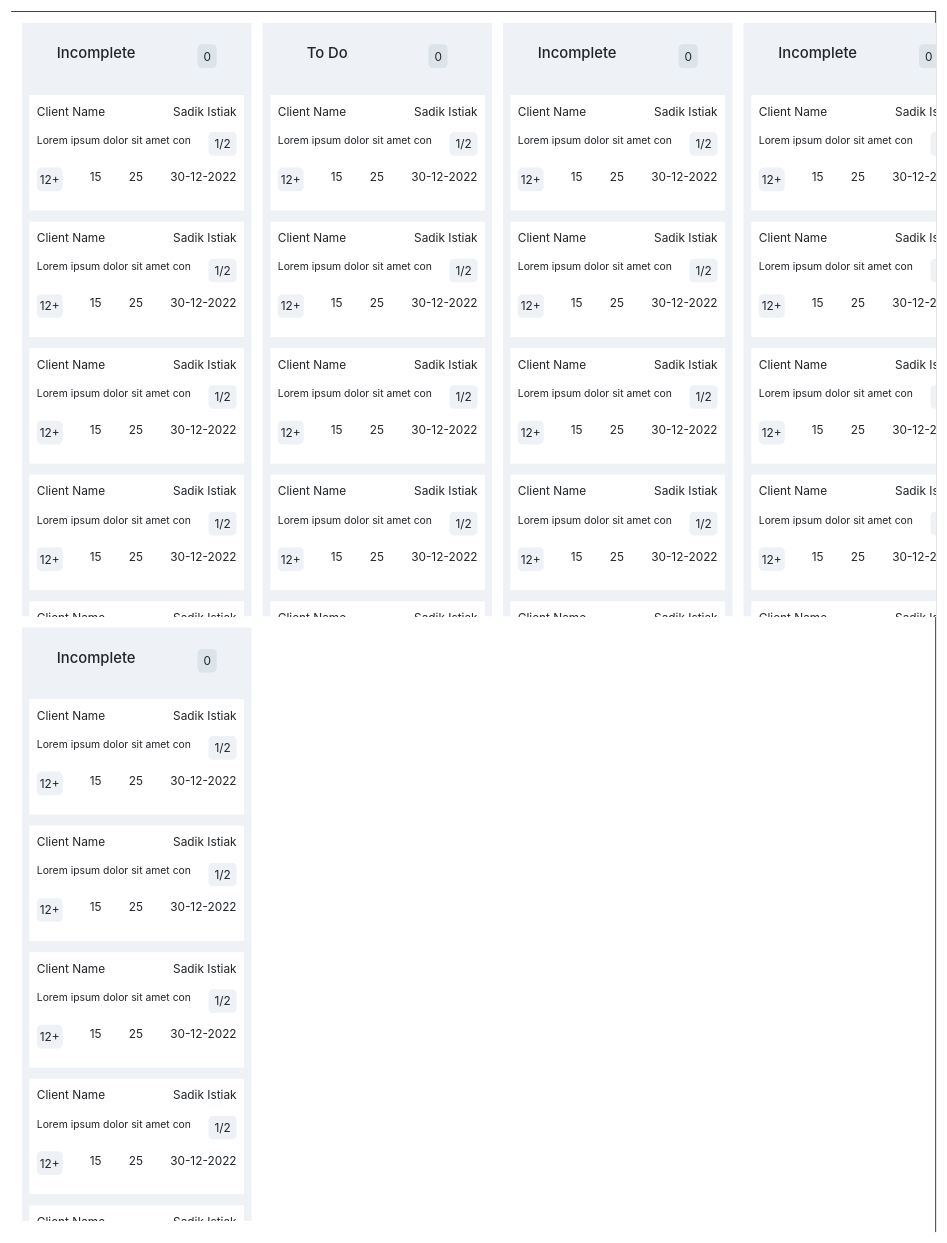
Repository: Sharif-00112/dashboard-task-frontend
Page: /
The author's editor kept a copy of each file at every save. The page is drawn from the files as they stood at one save, then again after the next save.
The browser window is 1280 px wide. The pictures show the whole page, at 74% of full size.
The project was rebuilt for these pictures with package versions that can differ from the ones it lists, and the page was loaded fresh each time.

Above is the page before, as saved 2023-01-29 20:29:29.

### public/index.html
<!DOCTYPE html>
<html lang="en">
  <head>
    <meta charset="utf-8" />
    <link rel="icon" href="%PUBLIC_URL%/favicon.ico" />
    <meta name="viewport" content="width=device-width, initial-scale=1" />
    <meta name="theme-color" content="#000000" />
    <meta
      name="description"
      content="Web site created using create-react-app"
    />
    <!-- <script src="https://kit.fontawesome.com/eb9242a349.js" crossorigin="anonymous"></script>
    <link rel="stylesheet" href="https://kit.fontawesome.com/eb9242a349.css" crossorigin="anonymous"> -->

    <link rel="apple-touch-icon" href="%PUBLIC_URL%/logo192.png" />
    <!--
      manifest.json provides metadata used when your web app is installed on a
      user's mobile device or desktop. See https://developers.google.com/web/fundamentals/web-app-manifest/
    -->
    <link rel="manifest" href="%PUBLIC_URL%/manifest.json" />
    <!--
      Notice the use of %PUBLIC_URL% in the tags above.
      It will be replaced with the URL of the `public` folder during the build.
      Only files inside the `public` folder can be referenced from the HTML.

      Unlike "/favicon.ico" or "favicon.ico", "%PUBLIC_URL%/favicon.ico" will
      work correctly both with client-side routing and a non-root public URL.
      Learn how to configure a non-root public URL by running `npm run build`.
    -->
    <title>React App</title>
  </head>
  <body>
    <noscript>You need to enable JavaScript to run this app.</noscript>
    <div id="root"></div>
    <!--
      This HTML file is a template.
      If you open it directly in the browser, you will see an empty page.

      You can add webfonts, meta tags, or analytics to this file.
      The build step will place the bundled scripts into the <body> tag.

      To begin the development, run `npm start` or `yarn start`.
      To create a production bundle, use `npm run build` or `yarn build`.
    -->
  </body>
</html>

### src/index.js
import React from 'react';
import 'bootstrap/dist/css/bootstrap.css';
import ReactDOM from 'react-dom/client';
import './index.css';
import App from './App';
import reportWebVitals from './reportWebVitals';

const root = ReactDOM.createRoot(document.getElementById('root'));
root.render(
  <React.StrictMode>
    <App />
  </React.StrictMode>
);

// If you want to start measuring performance in your app, pass a function
// to log results (for example: reportWebVitals(console.log))
// or send to an analytics endpoint. Learn more: https://bit.ly/CRA-vitals
reportWebVitals();

### src/App.js
import './App.css';
import Dashboard from './Components/Dashboard';
import './Components/styles.css'

function App() {
  return (
    <div className="App">
      <Dashboard></Dashboard>
    </div>
  );
}

export default App;

### src/Components/Dashboard.js
import React from 'react';
import Incomplete from './Incomplete';
import ToDo from './ToDo';

const Dashboard = () => {
    return (
        <div className='dashboard landing'  style={{overflowX:"scroll"}} >
            <Incomplete></Incomplete>
            <ToDo></ToDo>
            <Incomplete></Incomplete>
            <Incomplete></Incomplete>
            <Incomplete></Incomplete>
            <Incomplete></Incomplete>
            <Incomplete></Incomplete>
        </div>
    );
};

export default Dashboard;

### src/Components/styles.css
.background{
    background-color: rgb(238, 241, 245);
}

.background-top{
    background-color: rgb(220, 228, 233);
}

.section-container{
    width: 310px;
    height: 100vh;
}

.task-part{
    display: flex;
    justify-content: space-between;
}

.task-title{
    display: flex;
    justify-content: space-around;
    padding: 5px;
}

.task{
    background-color: white;
    margin: 15px 10px;
    padding: 10px;
}

.dashboard{
    display: grid;
    grid-template-columns: 1fr 1fr 1fr 1fr 1fr 1fr;
    grid-gap: 15px;
}

.landing{
    border-top: 1px solid black;
    border-right: 1px solid black;
    padding: 15px;
    margin: 15px;
    width: auto;
}

### src/Components/Incomplete.js
import React, { useState } from 'react';
import { useEffect } from 'react';
import './styles.css';
import Task from './Task';

const Incomplete = () => {
    const [tasks, setTasks] = useState([]);
    useEffect( ()=> {
        fetch('./tasks.JSON')
        .then(res => res.json())
        .then(data => setTasks(data))
    } ,[])
    return (
        <div className='background pt-4'>
            <div className="task-title">
                <h5>Incomplete</h5>
                <p className='background-top px-2 py-1 rounded'>0</p>
            </div>
            <div style={{overflowY:"scroll"}} className="section-container">
                <div className="task-container">
                    {
                        tasks.map(task => <Task
                            key={task.taskNo}
                            task={task}
                        ></Task>)
                    }
                </div>
            </div>
        </div>
    );
};

export default Incomplete;

### src/Components/ToDo.js
import React, { useState } from 'react';
import { useEffect } from 'react';
import './styles.css';
import Task from './Task';

const ToDo = () => {
    const [tasks, setTasks] = useState([]);
    useEffect( ()=> {
        fetch('./tasks.JSON')
        .then(res => res.json())
        .then(data => setTasks(data))
    } ,[])
    return (
        <div className='background pt-4'>
            <div className="task-title">
                <h5>To Do</h5>
                <p className='background-top px-2 py-1 rounded'>0</p>
            </div>
            <div style={{overflowY:"scroll"}} className="section-container">
                <div className="task-container">
                    {
                        tasks.map(task => <Task
                            key={task.taskNo}
                            task={task}
                        ></Task>)
                    }
                </div>
            </div>
        </div>
    );
};

export default ToDo;

### src/Components/Task.js
import React from 'react';
import './styles.css';
import ReactDOM from 'react-dom'
import { FontAwesomeIcon } from '@fortawesome/react-fontawesome'


const stack = <FontAwesomeIcon icon="fa-solid fa-layer-group" />

const Task = (props) => {
    const {clientName, clientImg, supervisorName, supervisorImg, taskSummary, progress, staff1Img, staff2Img, modules, message, attachment, date} = props.task;
    return (
        <div className='task'>
            <div className="task-part">
                <p>{clientName}</p>
                <p>{supervisorName}</p>
            </div>
            <div className="task-part">
                {stack}
                <small>{taskSummary.substring(0,30)}</small>
                <p className='background px-2 py-1 rounded'>{progress}</p>
            </div>
            <div className="task-part">
                <p className='background p-1 rounded'>{modules}+</p>
                <p>{message}</p>
                <p>{attachment}</p>
                <p>{date}</p>
            </div>
        </div>
    );
};

export default Task;

### public/tasks.JSON
[
  {
    "taskNo": 1,
    "clientName": "Client Name",
    "clientImg": "clientIMG.jpg",
    "supervisorName": "Sadik Istiak",
    "supervisorImg": "supervisorIMG.jpg",
    "taskSummary": "Lorem ipsum dolor sit amet consectetur adipisicing elit. Pariatur velit nemo accusamus. Dolorum, doloribus quisquam unde repellat iusto voluptatum quasi?",
    "progress": "1/2",
    "staff1Img": "staff1.jpg",
    "staff2Img": "staff2.jpg",
    "modules": 12,
    "message": 15,
    "attachment": 25,
    "date": "30-12-2022"
  },
  {
    "taskNo": 2,
    "clientName": "Client Name",
    "clientImg": "clientIMG.jpg",
    "supervisorName": "Sadik Istiak",
    "supervisorImg": "supervisorIMG.jpg",
    "taskSummary": "Lorem ipsum dolor sit amet consectetur adipisicing elit. Pariatur velit nemo accusamus. Dolorum, doloribus quisquam unde repellat iusto voluptatum quasi?",
    "progress": "1/2",
    "staff1Img": "staff1.jpg",
    "staff2Img": "staff2.jpg",
    "modules": 12,
    "message": 15,
    "attachment": 25,
    "date": "30-12-2022"
  },
  {
    "taskNo": 3,
    "clientName": "Client Name",
    "clientImg": "clientIMG.jpg",
    "supervisorName": "Sadik Istiak",
    "supervisorImg": "supervisorIMG.jpg",
    "taskSummary": "Lorem ipsum dolor sit amet consectetur adipisicing elit. Pariatur velit nemo accusamus. Dolorum, doloribus quisquam unde repellat iusto voluptatum quasi?",
    "progress": "1/2",
    "staff1Img": "staff1.jpg",
    "staff2Img": "staff2.jpg",
    "modules": 12,
    "message": 15,
    "attachment": 25,
    "date": "30-12-2022"
  },
  {
    "taskNo": 4,
    "clientName": "Client Name",
    "clientImg": "clientIMG.jpg",
    "supervisorName": "Sadik Istiak",
    "supervisorImg": "supervisorIMG.jpg",
    "taskSummary": "Lorem ipsum dolor sit amet consectetur adipisicing elit. Pariatur velit nemo accusamus. Dolorum, doloribus quisquam unde repellat iusto voluptatum quasi?",
    "progress": "1/2",
    "staff1Img": "staff1.jpg",
    "staff2Img": "staff2.jpg",
    "modules": 12,
    "message": 15,
    "attachment": 25,
    "date": "30-12-2022"
  },
  {
    "taskNo": 5,
    "clientName": "Client Name",
    "clientImg": "clientIMG.jpg",
    "supervisorName": "Sadik Istiak",
    "supervisorImg": "supervisorIMG.jpg",
    "taskSummary": "Lorem ipsum dolor sit amet consectetur adipisicing elit. Pariatur velit nemo accusamus. Dolorum, doloribus quisquam unde repellat iusto voluptatum quasi?",
    "progress": "1/2",
    "staff1Img": "staff1.jpg",
    "staff2Img": "staff2.jpg",
    "modules": 12,
    "message": 15,
    "attachment": 25,
    "date": "30-12-2022"
  },
  {
    "taskNo": 6,
    "clientName": "Client Name",
    "clientImg": "clientIMG.jpg",
    "supervisorName": "Sadik Istiak",
    "supervisorImg": "supervisorIMG.jpg",
    "taskSummary": "Lorem ipsum dolor sit amet consectetur adipisicing elit. Pariatur velit nemo accusamus. Dolorum, doloribus quisquam unde repellat iusto voluptatum quasi?",
    "progress": "1/2",
    "staff1Img": "staff1.jpg",
    "staff2Img": "staff2.jpg",
    "modules": 12,
    "message": 15,
    "attachment": 25,
    "date": "30-12-2022"
  },
  {
    "taskNo": 7,
    "clientName": "Client Name",
    "clientImg": "clientIMG.jpg",
    "supervisorName": "Sadik Istiak",
    "supervisorImg": "supervisorIMG.jpg",
    "taskSummary": "Lorem ipsum dolor sit amet consectetur adipisicing elit. Pariatur velit nemo accusamus. Dolorum, doloribus quisquam unde repellat iusto voluptatum quasi?",
    "progress": "1/2",
    "staff1Img": "staff1.jpg",
    "staff2Img": "staff2.jpg",
    "modules": 12,
    "message": 15,
    "attachment": 25,
    "date": "30-12-2022"
  },
  {
    "taskNo": 8,
    "clientName": "Client Name",
    "clientImg": "clientIMG.jpg",
    "supervisorName": "Sadik Istiak",
    "supervisorImg": "supervisorIMG.jpg",
    "taskSummary": "Lorem ipsum dolor sit amet consectetur adipisicing elit. Pariatur velit nemo accusamus. Dolorum, doloribus quisquam unde repellat iusto voluptatum quasi?",
    "progress": "1/2",
    "staff1Img": "staff1.jpg",
    "staff2Img": "staff2.jpg",
    "modules": 12,
    "message": 15,
    "attachment": 25,
    "date": "30-12-2022"
  },
  {
    "taskNo": 9,
    "clientName": "Client Name",
    "clientImg": "clientIMG.jpg",
    "supervisorName": "Sadik Istiak",
    "supervisorImg": "supervisorIMG.jpg",
    "taskSummary": "Lorem ipsum dolor sit amet consectetur adipisicing elit. Pariatur velit nemo accusamus. Dolorum, doloribus quisquam unde repellat iusto voluptatum quasi?",
    "progress": "1/2",
    "staff1Img": "staff1.jpg",
    "staff2Img": "staff2.jpg",
    "modules": 12,
    "message": 15,
    "attachment": 25,
    "date": "30-12-2022"
  },
  {
    "taskNo": 10,
    "clientName": "Client Name",
    "clientImg": "clientIMG.jpg",
    "supervisorName": "Sadik Istiak",
    "supervisorImg": "supervisorIMG.jpg",
    "taskSummary": "Lorem ipsum dolor sit amet consectetur adipisicing elit. Pariatur velit nemo accusamus. Dolorum, doloribus quisquam unde repellat iusto voluptatum quasi?",
    "progress": "1/2",
    "staff1Img": "staff1.jpg",
    "staff2Img": "staff2.jpg",
    "modules": 12,
    "message": 15,
    "attachment": 25,
    "date": "30-12-2022"
  }
]

Loaded but not shown: src/index.css (common file); src/reportWebVitals.js (common file); src/App.css (common file)

After the next save:
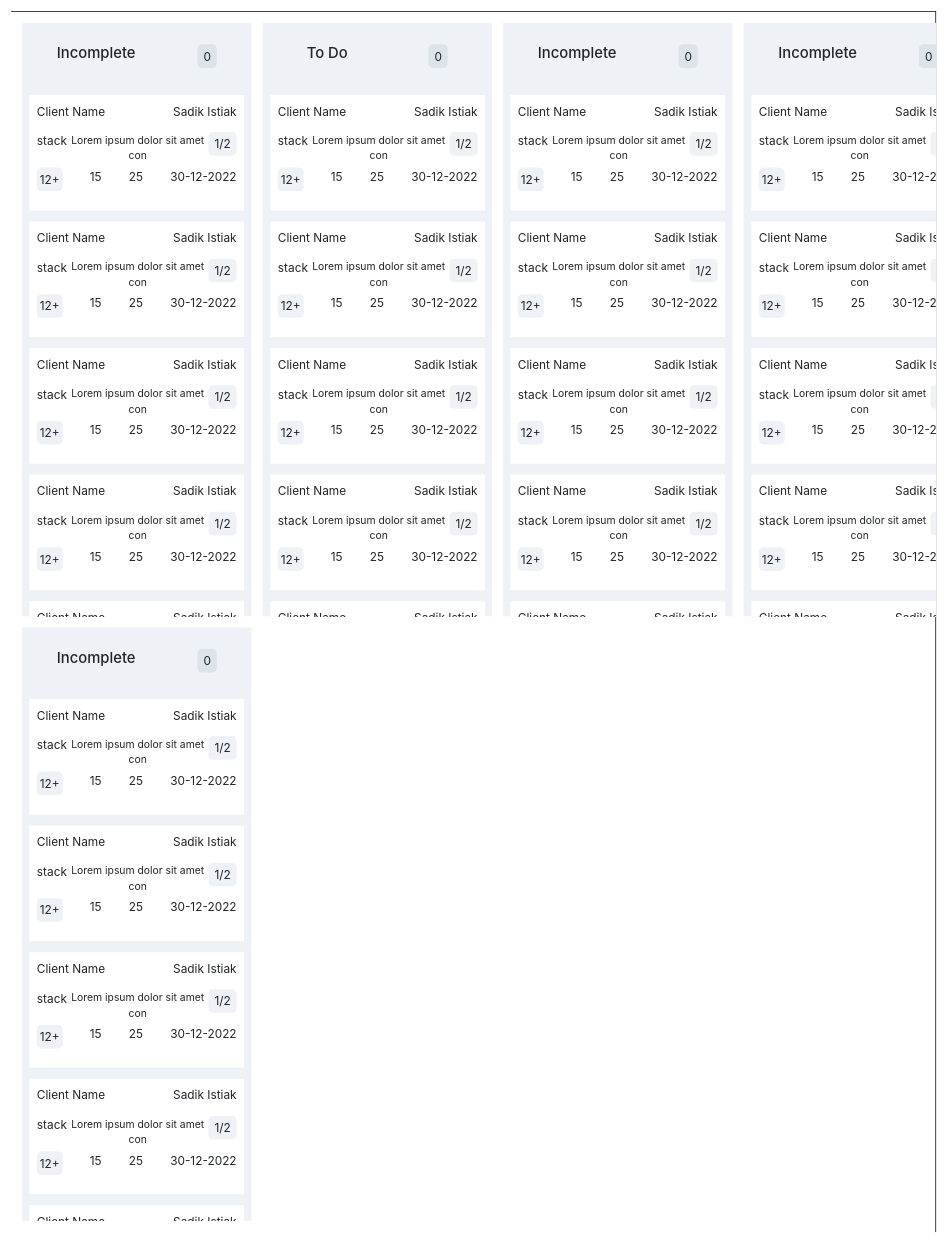
Saved 12 s later.
--- a/src/Components/Task.js
+++ b/src/Components/Task.js
@@ -15,7 +15,7 @@
                 <p>{supervisorName}</p>
             </div>
             <div className="task-part">
-                {stack}
+                stack
                 <small>{taskSummary.substring(0,30)}</small>
                 <p className='background px-2 py-1 rounded'>{progress}</p>
             </div>

After the save that followed:
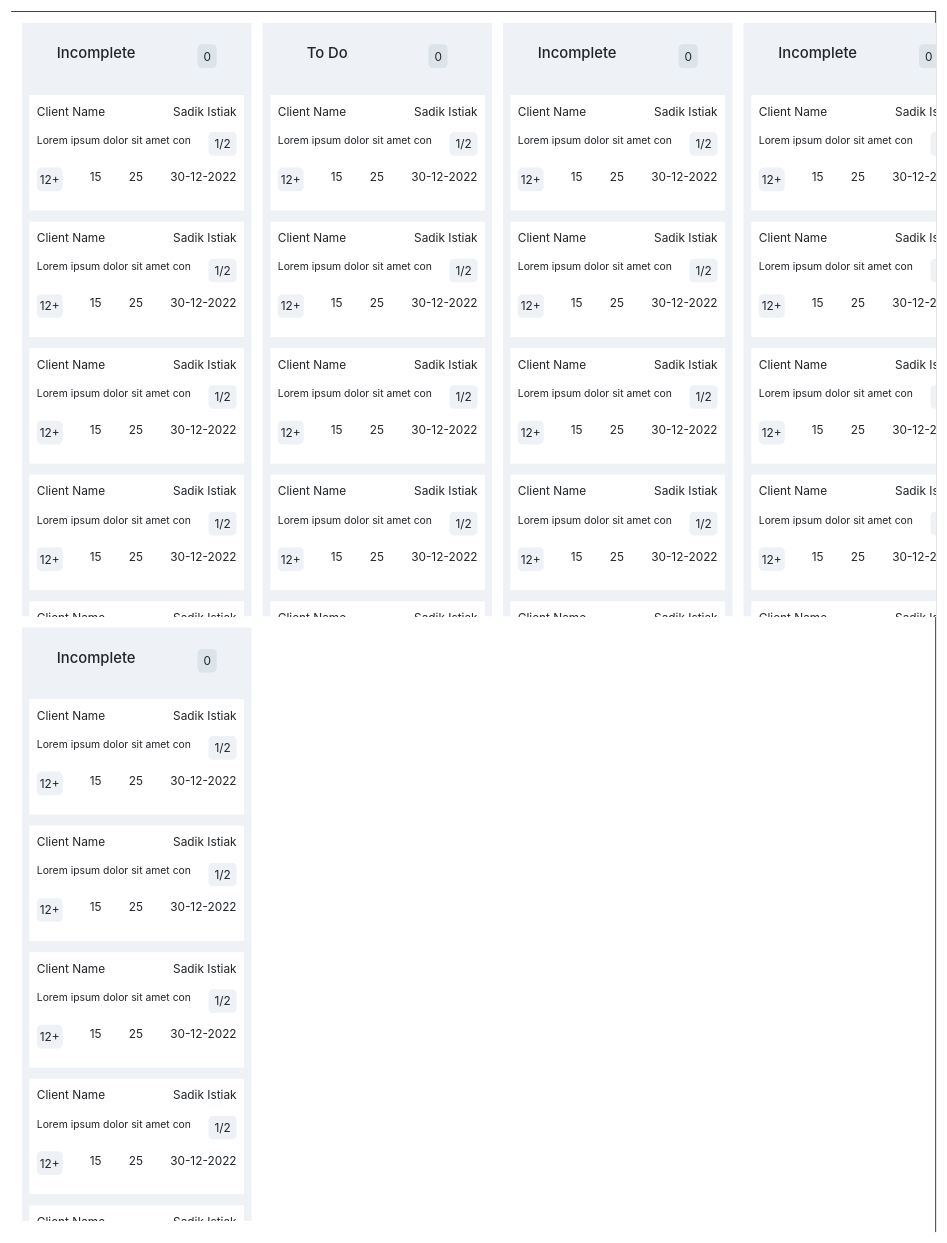
Saved 4 s later.
--- a/src/Components/Task.js
+++ b/src/Components/Task.js
@@ -15,7 +15,7 @@
                 <p>{supervisorName}</p>
             </div>
             <div className="task-part">
-                stack
+                {stack}
                 <small>{taskSummary.substring(0,30)}</small>
                 <p className='background px-2 py-1 rounded'>{progress}</p>
             </div>
